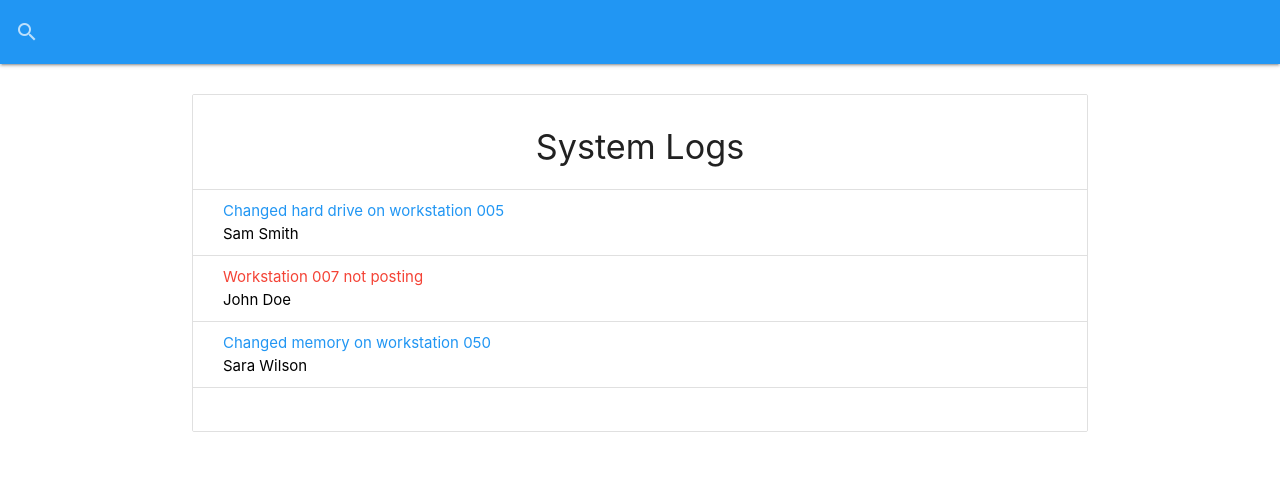
Repository: Takudzwa413/it-logger
Page: /
An editor plug-in stored every save of this project. The page is shown before and after the next save, followed by the edit.
The browser window is 1280 px wide. The pictures show the whole page.
The project was rebuilt for these pictures with package versions that can differ from the ones it lists, and the page was loaded fresh each time. Requests to the local data server were answered from the project's data file.

Above is the page before, as saved 2020-06-24 03:37:38.

### public/index.html
<!DOCTYPE html>
<html lang="en">
  <head>
    <meta charset="utf-8" />
    <link rel="icon" href="%PUBLIC_URL%/favicon.ico" />
    <meta name="viewport" content="width=device-width, initial-scale=1" />
    <meta name="theme-color" content="#000000" />
    <meta
      name="description"
      content="Web site created using create-react-app"
      />
    <link rel="apple-touch-icon" href="%PUBLIC_URL%/logo192.png" />

    <link rel="manifest" href="%PUBLIC_URL%/manifest.json" />
    <link href="https://fonts.googleapis.com/icon?family=Material+Icons"
      rel="stylesheet">

    <title>IT-LOGGER</title>
  </head>
  <body>
    <noscript>You need to enable JavaScript to run this app.</noscript>
    <div id="root"></div>

  </body>
</html>

### src/App.js
import React, { useEffect, Fragment } from "react";
import SearchBar from "./components/layout/SearchBar";
import Logs from "./components/logs/Logs";

import "materialize-css/dist/css/materialize.min.css";
import M from "materialize-css/dist/js/materialize.min.js";
import "./App.css";

const App = () => {
  useEffect(() => {
    //INIT Materialize
    M.AutoInit();
  });
  return (
    <Fragment>
      <SearchBar />
      <div className='container'>
        <Logs />
      </div>
    </Fragment>
  );
};
export default App;

### src/components/layout/SearchBar.js
import React from "react";

function SearchBar() {
  return (
    <nav style={{ marginBottom: "30px" }} className='blue'>
      <div className='nav-wrapper'>
        <form>
          <div className='input-field'>
            <input id='search' type='search' />
            <label className='label-icon' for='search'>
              <i className='material-icons'>search</i>
            </label>
            <i className='material-icons'>close</i>
          </div>
        </form>
      </div>
    </nav>
  );
}

export default SearchBar;

### src/components/logs/Logs.js
import React, { useEffect, useState } from "react";
import LogItem from "./LogItem";

function Logs() {
  const [logs, setLogs] = useState([]);
  const [loading, setLoading] = useState(false);

  useEffect(() => {
    getLogs();
  }, []);

  const getLogs = async () => {
    setLoading(true);
    const res = await fetch("/logs");
    const data = await res.json();

    setLogs(data);
    setLoading(false);
  };

  if (loading) {
    return <h4>Loading...</h4>;
  }

  return (
    <ul className='collection with-header'>
      <li className='collection-header'>
        <h4 className='center'>System Logs</h4>
      </li>
      {!loading && logs.length === 0 ? (
        <p className='center'>No Logs to show...</p>
      ) : (
        logs.map((log) => <LogItem log={log} key={log.id} />)
      )}
    </ul>
  );
}

export default Logs;

### src/components/logs/LogItem.js
import React from "react";
import Moment from "react-moment";
import PropTypes from "prop-types";

const LogItem = ({ log }) => {
  return (
    <li className='collection-item'>
      <div>
        <a
          href='#edit-log-modal'
          className={`modal-trigger ${
            log.attention ? "red-text" : "blue-text"
          }`}
        >
          {log.message}
        </a>
        <br />
        <span className='grey-text'>
          <span className='black-text'>{log.tech}</span>
        </span>
      </div>
    </li>
  );
};

LogItem.propTypes = {
  log: PropTypes.object.isRequired,
};

export default LogItem;

### db.json
{
  "logs": [
    {
      "id": 1,
      "message": "Changed hard drive on workstation 005",
      "attention": false,
      "date": "03-02-2019",
      "tech": "Sam Smith"
    },
    {
      "id": 2,
      "message": "Workstation 007 not posting",
      "attention": true,
      "date": "03-02-2019",
      "tech": "John Doe"
    },
    {
      "id": 3,
      "message": "Changed memory on workstation 050",
      "attention": false,
      "date": "03-02-2019",
      "tech": "Sara Wilson"
    },
    {
      "id": 4
    }
  ],
  "techs": [
    {
      "id": 1,
      "firstName": "John",
      "lastName": "Doe"
    },
    {
      "id": 2,
      "firstName": "Sam",
      "lastName": "Smith"
    },
    {
      "id": 3,
      "firstname": "Sara",
      "lastName": "Wilson"
    }
  ]
}

Loaded but not shown: src/index.js (common file); src/App.css (no stored copy; drawn as an empty file)

After the next save:
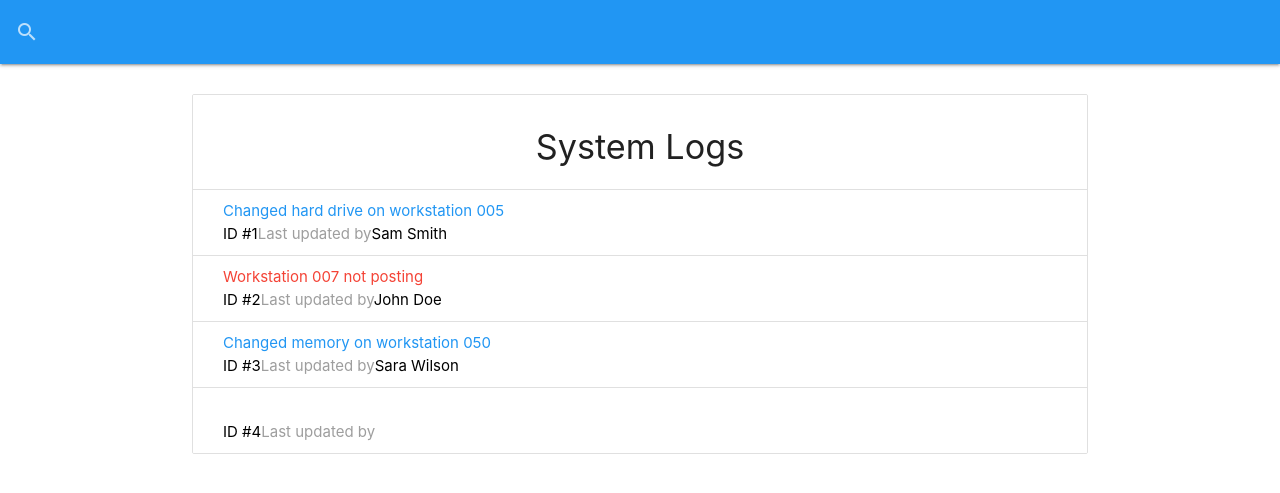
Saved 6 min 28 s later.
--- a/src/components/logs/LogItem.js
+++ b/src/components/logs/LogItem.js
@@ -16,6 +16,7 @@ const LogItem = ({ log }) => {
         </a>
         <br />
         <span className='grey-text'>
+          <span className='black-text'>ID #{log.id}</span>Last updated by{""}
           <span className='black-text'>{log.tech}</span>
         </span>
       </div>
